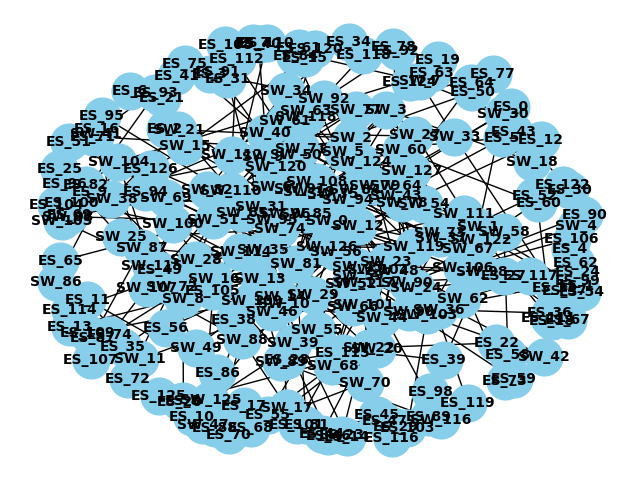
Repository: ilfuma88/NES64
Script's output: python graph.py
An editor plug-in stored every save of this project. The script's output is shown before and after the next save, followed by the edit.
Random numbers start from a fixed seed.

Above is the script's output before, as saved 2024-10-06 19:06:09.

After the next save:
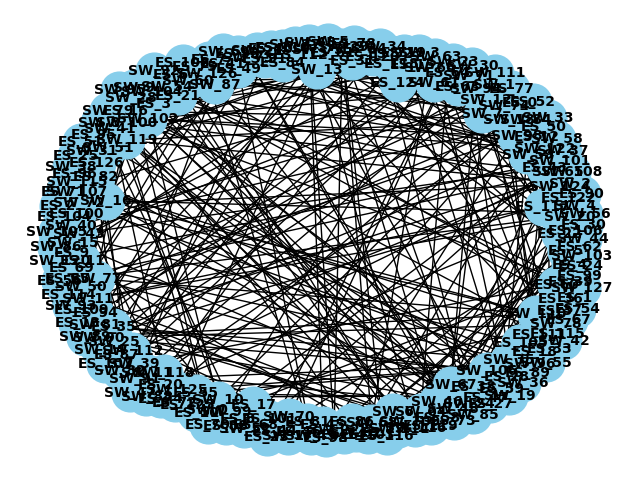
Saved 28 s later.
--- a/graph.py
+++ b/graph.py
@@ -27,6 +27,6 @@ G.add_nodes_from(nodes)
 G.add_edges_from(edges)
 
 # Step 5: Visualize the graph
-pos = nx.spring_layout(G, k=0.5)  # Increase k to make nodes more distant
+pos = nx.spring_layout(G, k=5)  # Increase k to make nodes more distant
 nx.draw(G, pos, with_labels=True, node_size=700, node_color='skyblue', font_size=10, font_weight='bold')
 plt.show()
